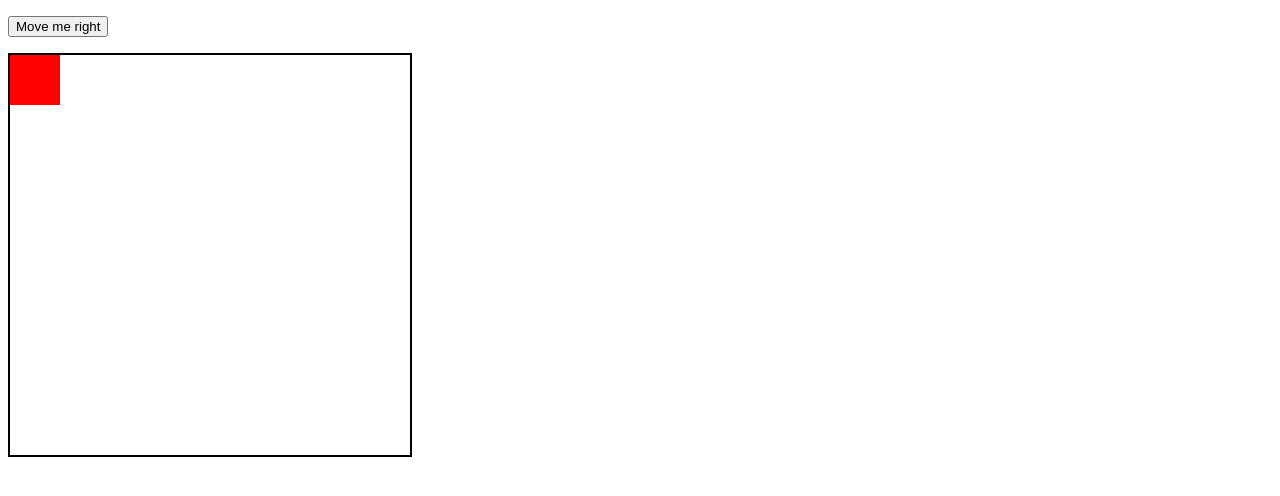
Repository: jcohenp/DI_Exercises
Page: W3/D3/normal/ex_1/index.html
The author's editor kept a copy of each file at every save. The page is drawn from the files as they stood at one save, then again after the next save.
The browser window is 1280 px wide. The pictures show the whole page.

Above is the page before, as saved 2020-08-25 20:34:57.
Console error: SyntaxError: Unexpected end of input

### W3/D3/normal/ex_1/index.html
<!DOCTYPE html>
<html lang="en">

<head>
    <meta charset="UTF-8">
    <meta name="viewport" content="width=device-width, initial-scale=1.0">
    <title>Document</title>
    <style>
        #container {
            width: 400px;
            height: 400px;
            position: relative;
            border: 2px solid black;
        }

        #animate {
            width: 50px;
            height: 50px;
            position: absolute;
            background-color: red;
        }
    </style>
</head>

<body>
    <p><button onclick="myMove()">Move me right</button></p>
    <div id="container">
        <div id="animate" class="fill" draggable="true"></div>
        <div class="empty" draggable="true"></div>
    </div>
    <script src="./js/script.js "></script>
</body>

</html>

### W3/D3/normal/ex_1/js/script.js
function myMove() {
    let box = document.getElementById("animate");

    let speed = 1;
    var pos = 0;
    var id = setInterval(frame, 5);

    function frame() {
        if (pos == 350) {
            clearInterval(id);
        } else {
            pos += speed;
            box.style.left = pos + "px"
            box.style.top = pos + "px"
        }
    }

After the next save:
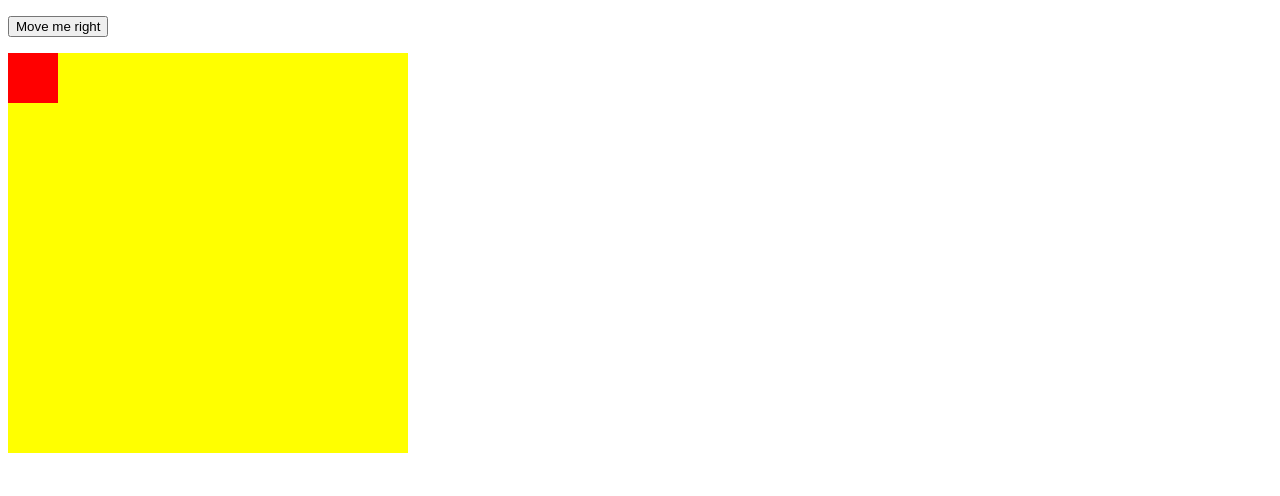
Saved 25 s later.
--- a/W3/D3/normal/ex_1/index.html
+++ b/W3/D3/normal/ex_1/index.html
@@ -10,7 +10,7 @@
             width: 400px;
             height: 400px;
             position: relative;
-            border: 2px solid black;
+            background: yellow;
         }
 
         #animate {
@@ -25,10 +25,9 @@
 <body>
     <p><button onclick="myMove()">Move me right</button></p>
     <div id="container">
-        <div id="animate" class="fill" draggable="true"></div>
-        <div class="empty" draggable="true"></div>
+        <div draggable="true" ondrag="myDrag()" id="animate"></div>
     </div>
-    <script src="./js/script.js "></script>
+    <script src="./js/script.js"></script>
 </body>
 
 </html>
